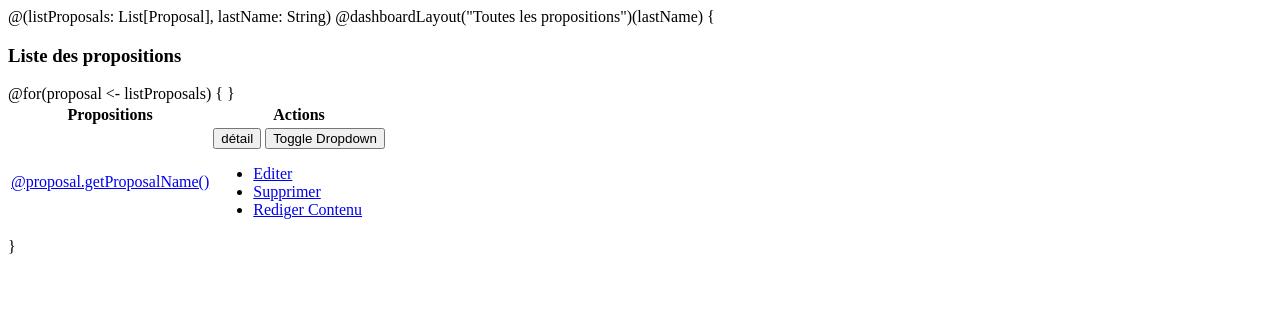
Repository: spirale-software/labo_master
Page: Application/oneDotCom/app/views/proposals.scala.html
An editor plug-in stored every save of this project. The page is shown before and after the next save, followed by the edit.
The browser window is 1280 px wide. The pictures show the whole page.

Above is the page before, as saved 2017-03-31 12:39:32.

After the next save:
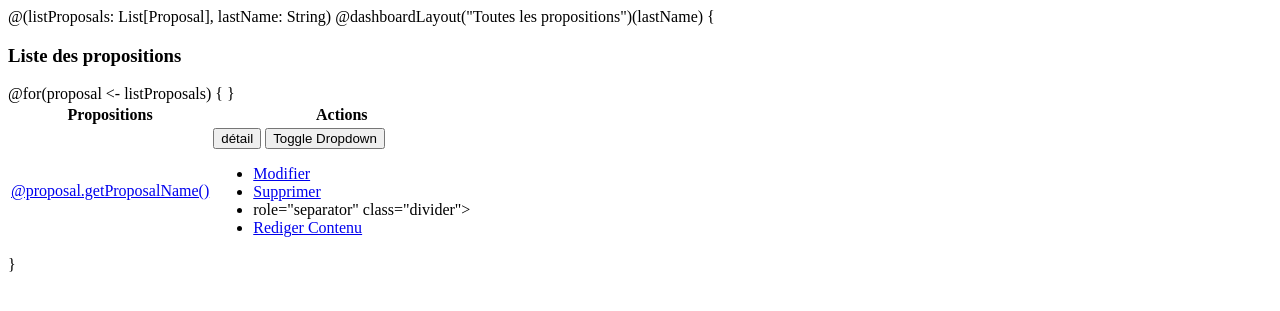
Saved 74 s later.
--- a/Application/oneDotCom/app/views/proposals.scala.html
+++ b/Application/oneDotCom/app/views/proposals.scala.html
@@ -28,9 +28,10 @@
 	                                    <span class="sr-only">Toggle Dropdown</span>
 	                                </button>
 	                                <ul class="dropdown-menu">
-	                                    <li><a href="@routes.ProposalController.editProposalAction(proposal.getIdProposal())">Editer</a></li>
-	                                    <!-- >li role="separator" class="divider"></li-->
-	                                    <li><a href="#">Supprimer</a></li>
+	                                    <li><a href="@routes.ProposalController.editProposalAction(proposal.getIdProposal())">Modifier</a></li>
+	                                     <li><a href="#">Supprimer</a></li>
+	                                    <li> role="separator" class="divider"></li>
+
 	                                    <li><a href="#">Rediger Contenu</a></li>
 	                                </ul>
 	                            </div>
